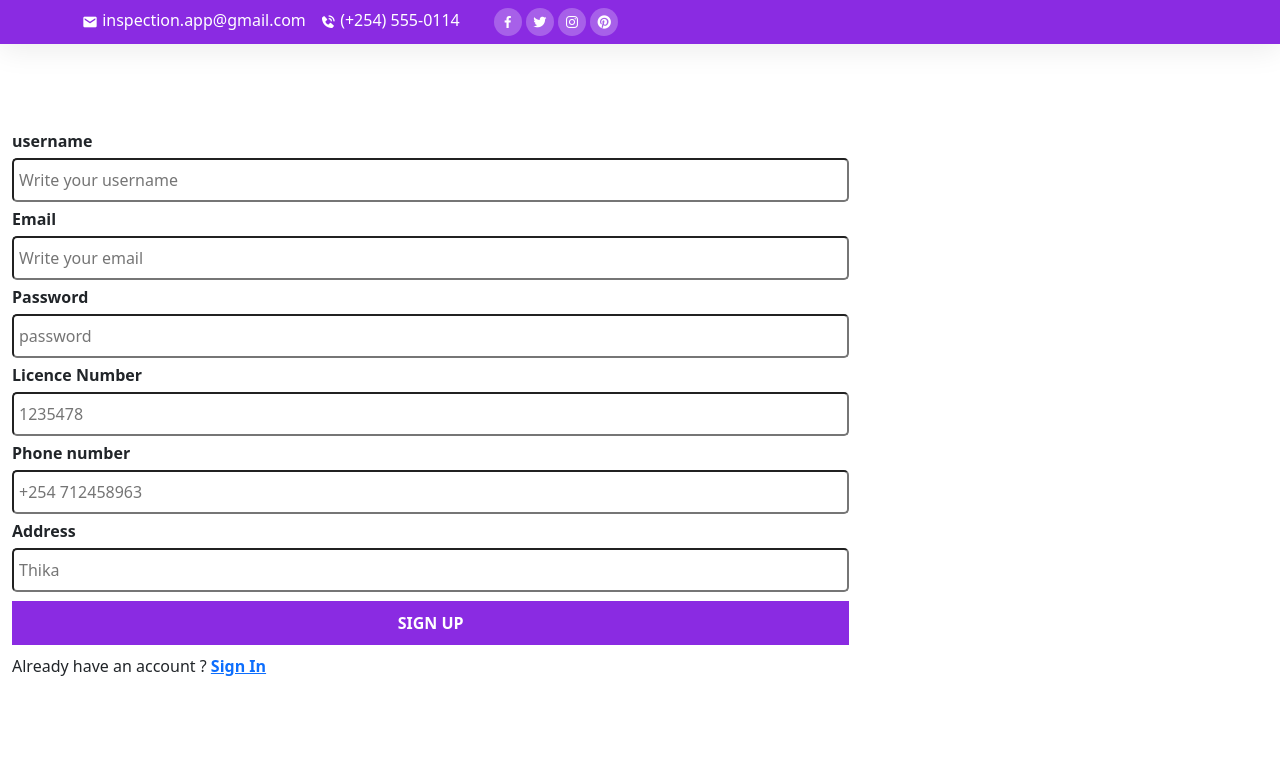
Repository: NDISHAW/Inspectionapp-rails
Page: public/signup.html
These files come from the project's save history. The page is drawn as it stood at one moment and after a run of saves; the edit follows.
The browser window is 1280 px wide. The pictures show the whole page.

Above is the page before, as saved 2022-10-09 04:24:21.

### public/signup.html
<!DOCTYPE html>
<html lang="en">
  <head>
    <meta charset="UTF-8" />
    <meta http-equiv="X-UA-Compatible" content="IE=edge" />
    <meta name="viewport" content="width=device-width, initial-scale=1.0" />
    <title>Sign up</title>
    <link rel="stylesheet" href="css/style.css">
    <link rel="stylesheet" href="css/bootstrap.min.css">
    <link rel="stylesheet" href="css/owl.carousel.min.css">
    <link rel="stylesheet" href="css/owl.theme.default.min.css">
    <link href='https://unpkg.com/boxicons@2.1.1/css/boxicons.min.css' rel='stylesheet'>

    <script src="/js/axios/dist/axios.min.js"></script>
  </head>
  <body data-bs-spy="scroll" data-bs-target=".navbar" data-bs-offset="70">


      <!-- TOP NAV -->
      <div class="top-nav navbar" id="home">
          <div class="container">
              <div class="row justify-content-between">
                  <div class="col-auto">
                      <p> <i class='bx bxs-envelope'></i> inspection.app@gmail.com</p>
                      <p> <i class='bx bxs-phone-call'></i> (+254) 555-0114</p>
                  </div>
                  <div class="col-auto social-icons">
                      <a href="#"><i class='bx bxl-facebook'></i></a>
                      <a href="#"><i class='bx bxl-twitter'></i></a>
                      <a href="#"><i class='bx bxl-instagram'></i></a>
                      <a href="#"><i class='bx bxl-pinterest'></i></a>
                  </div>
              </div>
          </div>
      </div>
    <section id="about">
      <div class="container-fluid">
    <div class="col-auto justify-content-center ">
      <div class="col-lg-8">
      <!-- username  -->
      <div class="username">
        <label for="username">username</label>
        <input
          type="username"
          name="username"
          id="username"
          placeholder="Write your username"
        />
      </div>
      <!-- Email  -->
      <div class="email">
        <label for="email">Email</label>
        <input
          type="email"
          name="email"
          id="email"
          placeholder="Write your email"
        />
      </div>
      <!-- passWord -->
      <div class="pass">
        <label for="password">Password</label>
        <input
          type="password"
          name="password"
          id="password"
          placeholder="password"
        />
      </div>
      <!-- licence_no -->
      <div class="pass">
        <label for="licence_no">Licence Number</label>
        <input
          name="licence_no"
          id="licence_no"
          placeholder="1235478"
        />
      </div>

      <!-- phone -->
      <div class="pass">
        <label for="phone">Phone number</label>
        <input
          name="phone"
          id="phone"
          placeholder="+254 712458963"
        />
      </div>

      <!-- address -->
      <div class="pass">
        <label for="address">Address</label>
        <input
          type="address"
          name="address"
          id="address"
          placeholder="Thika"
        />
      </div>
      <!-- Rails button -->
      <!-- <button id="submit-btn" onclick="rails()">Rails test</button> -->
      <!-- Sign Up button -->
      <button id="submit-btn" onclick="signUp();">Sign Up</button>
      <!-- Sign In option -->
      <p>Already have an account ?</p>
      <span><a href="signIn.html">Sign In</a></span>
    </div>
    </div>
    </div>
    </section>
  </div>
    <script src="main.js"></script>
  </body>
</html>

### public/css/style.css
@import url('https://fonts.googleapis.com/css2?family=Barlow:wght@400;500;600;700&display=swap');

:root {
    --brand: blueviolet;
    --dark: #092032;
    --body: #516171;
    --border: rgba(0,0,0,0.08);
    --shadow: 0px 6px 30px rgba(0, 0, 0, 0.08);

}

body {
    font-family: "Barlow", sans-serif;
    color: var(--body);
    line-height: 1.7;
}

h1,h2,h3,h4,h5,h6,
.display-1,.display-2,.display-3,.display-4 {
    font-weight: 700;
    color: var(--dark);
}

.bg-cover {
    background-size: cover;
    background-position: center;
    background-repeat: no-repeat;
}

img {
    width: 100%;
}

a {
    color: var(--dark);
    transition: all 0.4s ease;
    font-weight: 500;
}

a:hover {
    color: var(--brand);
}

section {
    padding-top: 80px;
    padding-bottom: 80px;
}

.text-brand {
    color: var(--brand) !important;
}


.hero-slider .owl-prev,
.hero-slider .owl-next{
    background-color: rgba(255, 255, 255, 0.3) !important;
    width: 60px !important;
    height: 60px !important;
    display: block;
    display: grid;
    place-items: center;
    color: #fff !important;
    border-radius: 100px;
    line-height: 0;
    border-radius: 100px !important;
    position: absolute;
    top: 50%;
    font-weight: 600 !important;
    font-size: 12px !important;
    transition: all 0.4s ease;
    margin-top: -30px !important;
}

.owl-prev {
    left: 0;
}
.owl-next {
    right: 0;
}

.hero-slider .owl-prev:hover,
.hero-slider .owl-next:hover {
    background-color: var(--brand) !important;
}

.owl-dot.active span{
    background-color: var(--brand) !important;
}


 /* slide */
 .slide {
     min-height: 100vh;
     display: flex;
     align-items: center;
     justify-content: center;
     position: relative;
}

.slide1 {
    background: linear-gradient(rgba(0, 0, 0, 0.4), rgba(0, 0, 0, 0.4)), url(../img/mec2.jpg);
    background-size: cover;
    background-position: center;
    background-repeat: no-repeat;
}

.slide2 {
    background: linear-gradient(rgba(0, 0, 0, 0.4), rgba(0, 0, 0, 0.4)), url(../img/world3.jpg);
    background-size: cover;
    background-position: center;
    background-repeat: no-repeat;
}

.slide .display-3 {
    text-transform: uppercase;
    color: #fff;
}

/* navbar */
.top-nav {
    background-color: var(--brand);
    color: #fff;
    padding-top: 5px;
    padding-bottom: 5px;
}

.top-nav p {
    display: inline-block;
    margin-bottom: 0;
    margin-right: 10px;
}

.top-nav span,
.top-nav i {
    vertical-align: middle;
}

.navbar {
    box-shadow: var(--shadow);
}

.social-icons a {
    width: 28px;
    height: 28px;
    display: inline-flex;
    color: #fff;
    background-color: rgba(255, 255, 255, 0.25);
    text-decoration: none;
    align-items: center;
    justify-content: center;
    border-radius: 100px;
}

.social-icons a:hover {
    background-color: #fff;
    color: var(--brand);
}

.navbar .navbar-nav .nav-link {
    color: var(--dark);
}

.navbar .navbar-nav .nav-link:hover {
    color: var(--brand);
}

.navbar .navbar-nav .nav-link.active {
    color: var(--brand);
}

.navbar-brand {
    font-size: 28px;
    font-weight: 700;
}

.navbar-brand .dot {
    color: var(--brand);
}

.btn {
    padding: 8px 26px;
}

.btn-brand {
    border-color: var(--brand);
    background-color: var(--brand);
    color: #fff;
}

.btn-brand:hover {
    background-color: #d64022;
    border-color: #d64022;
    color: #fff;
}

.intro {margin-bottom: 36px;
text-align: center;}

.intro p {
    max-width: 500px;
}
.intro h6{
    color: var(--brand);
    font-weight: 400;
    text-transform: uppercase;
}

.intro h1 {
    margin-top: 15px;
    margin-bottom: 15px;
}

.info-box {
    align-items: center;
    display: flex;
}

.info-box img {
    width: 90px;
}


#milestone {
    background: linear-gradient(rgba(136, 42, 143, 0.85), rgba(48, 181, 123, 0.85)), url(../img/inspe.jpg);
    background-size: cover;
    background-position: center;
    background-repeat: no-repeat;
}

#milestone h1,
#milestone p {
    color: #fff;
}

.service {
    padding: 32px;
    background-color: #fff;
    box-shadow: var(--shadow);
}

.service h5 {
    margin-top: 24px;
    margin-bottom: 14px;
}

.service img {
    width: 90px;
}


.project {
    position: relative;
    overflow: hidden;
    z-index: 2;
}

.project h6 {
    font-weight: 400;
}

.project h6::before {
    content: "";
    height: 2px;
    width: 30px;
    display: inline-block;
    background: var(--brand);
    vertical-align: middle;
    margin-right: 10px;
}


.project .overlay {
    width: 100%;
    height: 220px;
    position: absolute;
    bottom: 0;
    left: 0;
    background: linear-gradient(180deg, rgba(255, 76, 41, 0) 0%, var(--dark) 100%);
}

.project .content {
    position: absolute;
    left: 10%;
    bottom: 10%
}

.project h2,
.project h6 {
    color: #fff;
}

.team-member {
    text-align: center;
}

.team-member .image{
    position: relative;
    z-index: 2;
    overflow: hidden;
}

.team-member .overlay {
    width: 100%;
    height: 100%;
    position: absolute;
    left: 0;
    top: -10%;
    background-color: rgba(255, 77, 41, 0.7);
    opacity: 0;
    transition: all 0.4s ease;
}

.team-member h5 {
    margin-top: 16px;
    margin-bottom: 4px;
}

.team-member .social-icons {
    position: absolute;
    top: 60%;
    left: 50%;
    transform: translate(-50%, -50%);
    z-index: 2;
    opacity: 0;
    transition: all 0.4s ease;
}

.team-member .social-icons a {
    width: 40px;
    height: 40px;
}

.team-member:hover .social-icons {
    top: 50%;
    opacity: 1;
}

.team-member:hover .overlay {
    top: 0%;
    opacity: 1;
}

#reviews {

    background: linear-gradient(-90deg, rgba(8, 32, 50, 0.8), rgba(8, 32, 50, 0.8)), url(../img/imago.jpg), #082032;;
    background-size: cover;
    background-position: center;
    background-repeat: no-repeat;
}

.review {
    text-align: center;
    z-index: 2;
    position: relative;
    margin: 15px;
    max-width: 768px;
    margin: auto;
}

.review .bxs-quote-alt-left {
    font-size: 120px;
    position: absolute;
    opacity: 0.1;
    left: 50%;
    top: 50%;
    transform: translate(-50%, -50%);
    color: #fff;
}

.review img {
    width: 80px !important;
    height: 80px;
    border-radius: 100px;
    margin: auto;
}

.review h5 {
    margin-top: 16px;
    margin-bottom: 4px;
    color: #fff;
}

.review h3 {
    margin-top: 26px;
    margin-bottom: 26px;
    font-size: 22px;
    color: #fff;
    font-weight: 400;
    line-height: 1.7;
}

.review small {
    color: var(--brand);
}

.review .stars {
    color: var(--brand);
}

.blog-post {
    position: relative;
    background-color: #fff;
    box-shadow: var(--shadow);
}

.blog-post .content {
    padding: 32px;
}

.blog-post a {
    position: absolute;
    top: 20px;
    left: 20px;
    background-color: var(--brand);
    padding: 2px 12px;
    border-radius: 100px;
    text-decoration: none;
    color: #fff;
}

.blog-post h5 {
    margin-top: 12px;
    margin-bottom: 12px;
}

.blog-post small {
    text-transform: uppercase;
    color: var(--brand);
    text-decoration: underline;
}

footer {
    background: linear-gradient(0deg, rgba(8, 32, 50, 0.9), rgba(8, 32, 50, 0.9)), url(../img/teammech.jpg), #082032;;
    background-size: cover;
    background-position: center;
    background-repeat: no-repeat;
}

footer .footer-top {
    padding-top: 80px;
    padding-bottom: 40px;
}

.footer-bottom {
    border-top: 1px solid rgba(255, 255, 255, 0.1);
    padding-bottom: 20px;
    padding-top: 20px;
}

footer .navbar-brand {
    color: #fff;
}

footer p {
    color: #ADB3B9;
}

footer .social-icons a {
    width: 50px;
    height: 50px;
    font-size: 20px;
    margin-left: 4px;
    margin-right: 4px;
}

.loader {
    min-height: 100vh;
    display: flex;
    align-items: center;
    justify-content: center;
    background-color: red;
    z-index: 99999;
    position: fixed;
    left: 0;
    right: 0;
}


input.form-control {
    border-color: transparent;
    height: 44px;
}

.form-control {
    background-color: rgba(0, 0, 0, 0.04);
    border-color: rgba(0, 0, 0, 0.04);;
}

.form-control:focus {
    box-shadow: none;
    border-color: var(--brand);
}
.form {
    width: 400px;
    border-radius: 5px;
    background-color: white;
    height:fit-content;
    padding: 5px 10px;
    background-color: #9633FF;
}
label {
    display: block;
    font-weight: bolder;
    margin: 5px 0px;
}

input {
    width: 100%;
    padding: 8px 5px;
    border-radius: 5px;
    margin-bottom: 10px;
}

#submit-btn {
    border: none;
    background-color: blueviolet;
    width: 100%;
    padding: 10px 8px;
    color: white;
    font-weight: bolder;
    text-transform: uppercase;
    cursor: pointer;
    margin: 9px 0px;
}

p {
    font-size: 16px;
    border-radius: 10px;
    cursor: pointer;
    display: inline-block;
}

a {
    text-decoration: none;
    font-weight: bolder;
}


/*@import url(https://fonts.googleapis.com/css?family=Roboto:400,300,500);*/
*:focus {
    outline: none;

}

### public/main.js
// // setting up firebase with our website
// const firebaseApp = firebase.initializeApp({
//         apiKey: "AIzaSyDF9DKF44fhzBzk5fZB5Mk4_21q4Ey2kxQ",
//         authDomain: "inspection-e4bf7.firebaseapp.com",
//         projectId: "inspection-e4bf7",
//         storageBucket: "inspection-e4bf7.appspot.com",
//         messagingSenderId: "94545597565",
//         appId: "1:94545597565:web:9e1d12415061541a4ecd14",
//         measurementId: "G-P207FELWW2"
//       });
// const db = firebaseApp.firestore();
// const auth = firebaseApp.auth();

// Sign up function
// function signUp(){
//     //DOM manupilation
//     const email = document.getElementById("email").value;
//     const password = document.getElementById("password").value;
//     const phone = document.getElementById("phone").value;
//     const licence_no = document.getElementById("licence_no").value;
//     const address = document.getElementById("address").value;
//     console.log(email, password)
//     // firebase code
//     firebase.auth().createUserWithEmailAndPassword(email, password)
//         .then((result) => {
//             // Signed in
//             document.write("You are Signed Up")
//             window.location = "dashboard.html";
//             console.log(result)
//             // ...
//         })
//         .catch((error) => {
//             console.log(error.code);
//             console.log(error.message)
//             // ..
//         });
// }




// Sign In function
// const username = document.getElementById("username").value;
// const password = document.getElementById("password").value;

function signIn() {
    const username = document.getElementById("username").value;
    const password = document.getElementById("password").value;
    // firebase code
    // firebase.auth().signInWithEmailAndPassword(email, password)
    axios
        .post("http://localhost:3000/api/login", {
            password: password,
            username: username,
            // phone: phone,
            // licence_no: licence_no,
            // address: address,
        })
        .then((result) => {
            // Signed in
            document.write("You are Signed In");
            // window.location = "form.html";
            window.location = "dashboard.html";

            console.log(result);
        })
        .catch((error) => {
            console.log(error.code);
            console.log(error.message);
        });
}

function signUp() {
  const username = document.getElementById("username").value;
  const email = document.getElementById("email").value;
  const password = document.getElementById("password").value;const phone = document.getElementById("phone").value;const licence_no = document.getElementById("licence_no").value;const address = document.getElementById("address").value;
  // firebase code
  // firebase.auth().signInWithEmailAndPassword(email, password)
  axios
    .post("http://localhost:3000/api/signup", {
      username: username,
      password: password,
      phone: phone,
      licence_no: licence_no,
      address: address,
      email: email,
    })
    .then((result) => {
      // Signed in
      document.write("You are Signed Up");
      // window.location = "form.html";
      window.location = "dashboard.html";

      console.log(result);
    })
    .catch((error) => {
      console.log(error.code);
      console.log(error.message);
    });
}

Loaded but not shown: public/css/bootstrap.min.css (library); public/css/owl.carousel.min.css (library); public/css/owl.theme.default.min.css (common file); public/js/axios/dist/axios.min.js (library)

After the next 2 saves:
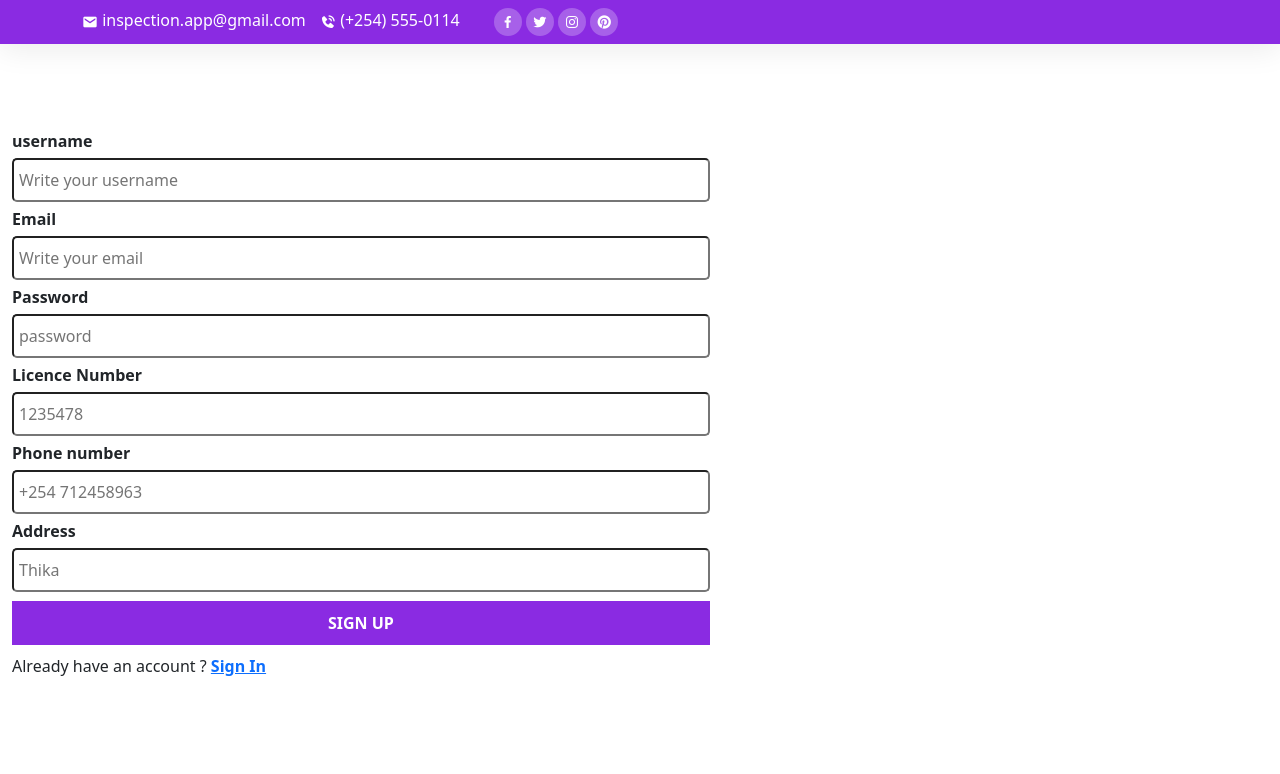
The 2 saves are shown as one change because they came seconds apart.
The last was saved 12 s later.
--- a/public/signup.html
+++ b/public/signup.html
@@ -35,7 +35,7 @@
       </div>
     <section id="about">
       <div class="container-fluid">
-    <div class="col-auto justify-content-center ">
+    <div class="col-lg-10 justify-content-center ">
       <div class="col-lg-8">
       <!-- username  -->
       <div class="username">
